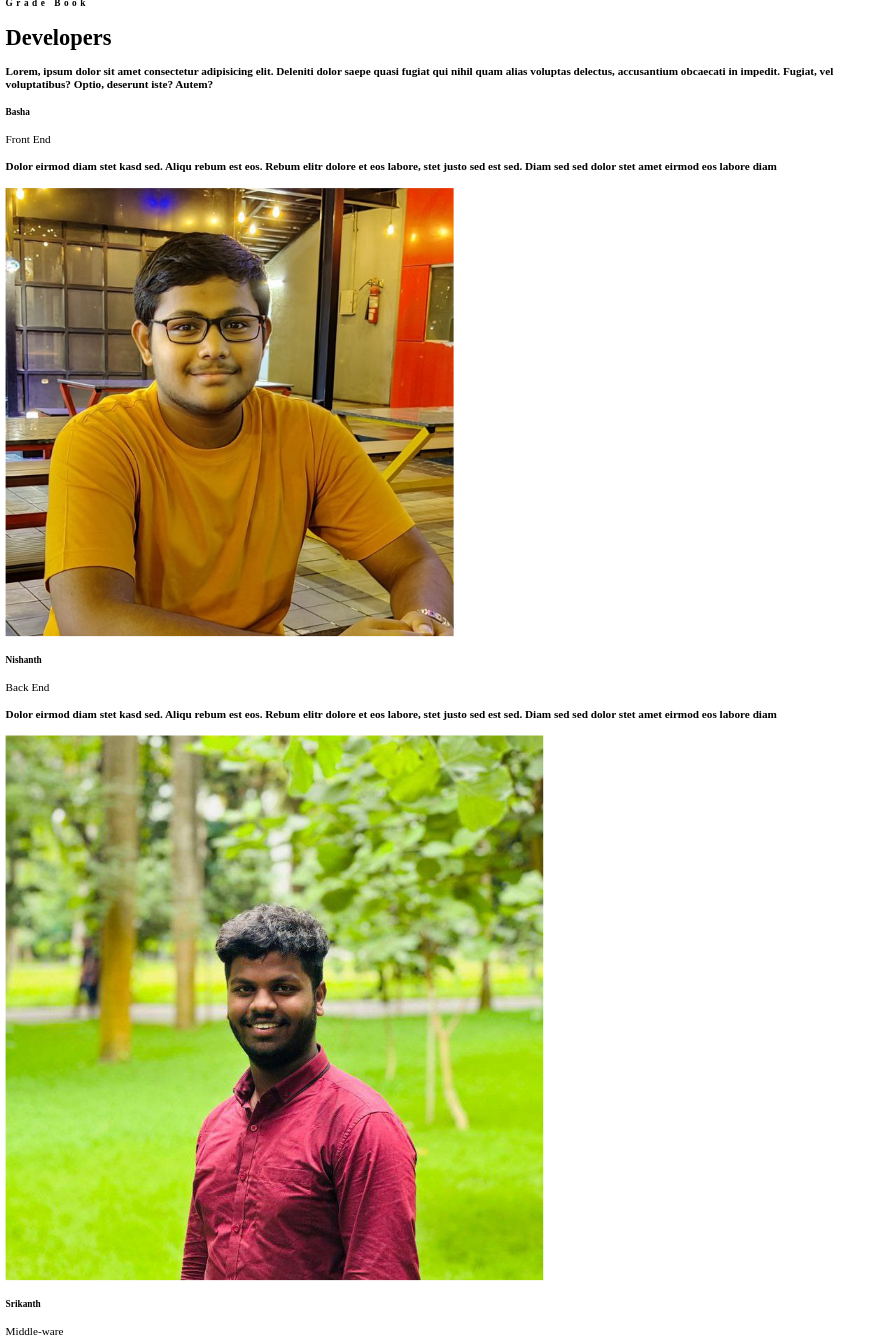
Repository: AlthafBasha-syed/JFSD-PROJECT
Page: http://localhost/GradeBook/studentfiles/about.jsp
These files come from the project's save history. The page is drawn as it stood at one moment and after the next save; the edit follows.
The browser window is 1280 px wide. The pictures show the part of the page from y = 1284 to 3204 px (the page is 3204 px tall before and 1553 px after), at 70% of full size.
The page is served by Tomcat 10. Other server files are loaded and not shown.

Above is the page before, as saved 2023-10-11 16:26:42.

### PROJECTWORKSPACE/GradeBook/src/main/webapp/studentfiles/about.jsp
<%@ page language="java" contentType="text/html; charset=UTF-8"
    pageEncoding="UTF-8"%>
<!DOCTYPE html>
<html>
<head>
<meta charset="UTF-8">
<title>Insert title here</title>
</head>
<body>


<!-- Header Start -->
    <div class="container-fluid page-header" style="margin-bottom: 90px;">
        <div class="container">
            <div class="d-flex flex-column justify-content-center" style="min-height: 300px">
                <h3 class="display-4 text-white text-uppercase">About</h3>
                <div class="d-inline-flex text-white">
                    <p class="m-0 text-uppercase"><a class="text-white" href="">Home</a></p>
                    <i class="fa fa-angle-double-right pt-1 px-3"></i>
                    <p class="m-0 text-uppercase">About</p>
                </div>
            </div>
        </div>
    </div>
    <!-- Header End -->


    <!-- About Start -->
    <div class="container-fluid py-5">
        <div class="container py-5">
            <div class="row align-items-center">
                <div class="col-lg-5">
                    <img class="img-fluid rounded mb-4 mb-lg-0" src="img/about.jpg" alt="">
                    <br>
                </div>
                <div class="col-lg-7">
                    <div class="text-left mb-4">
                        <h5 class="text-primary text-uppercase mb-3" style="letter-spacing: 5px;">About Us</h5>
                        <br>
                        <h1>Innovative Way To Learn</h1>
                    </div>
                    <p>
                        We are a dedicated team of developers, designers, and educators aiming to transform education through the Student Grading System project.
                        Our mission is to enhance the educational experience by providing an intuitive platform for managing grades, assignments, and progress.
                        With efficient grade management, assignment tracking, real-time feedback, and performance analytics, our user-centric design prioritizes security and communication.
                        Backed by diverse expertise, continuous improvement, and dedicated support, we're committed to shaping a brighter future for education.
                    </p>
                    <a href="" class="btn btn-primary py-md-2 px-md-4 font-weight-semi-bold mt-2">Learn More</a>
                </div>
            </div>
        </div>
    </div>
    <!-- About End -->





    <!-- Testimonial Start -->
    <div class="container-fluid py-5">
        <div class="container py-5">
            <div class="text-center mb-5">
                <h5 class="text-primary text-uppercase mb-3" style="letter-spacing: 5px;">Grade Book</h5>
                <h1>Developers</h1>
            </div>
            <div class="row justify-content-center">
                <div class="col-lg-8">
                    <div class="owl-carousel testimonial-carousel">
                        <div class="text-center">
                            <i class="fa fa-3x fa-quote-left text-primary mb-4"></i>
                            <h4 class="font-weight-normal mb-4">Lorem, ipsum dolor sit amet consectetur adipisicing elit. Deleniti dolor saepe quasi fugiat qui nihil quam alias voluptas delectus, accusantium obcaecati in impedit. Fugiat, vel voluptatibus? Optio, deserunt iste? Autem?</h4>
                           <!-- <img class="img-fluid mx-auto mb-3" src="img/basha.jpg" alt="">  -->
                            <h5 class="m-0">Basha</h5>
                            <span>Front End</span>
                        </div>
                        <div class="text-center">
                            <i class="fa fa-3x fa-quote-left text-primary mb-4"></i>
                            <h4 class="font-weight-normal mb-4">Dolor eirmod diam stet kasd sed. Aliqu rebum est eos. Rebum elitr dolore et eos labore, stet justo sed est sed. Diam sed sed dolor stet amet eirmod eos labore diam</h4>
                         <!--  -->   <img class="img-fluid mx-auto mb-3" src="img/nish.jpg" alt="">
                            <h5 class="m-0">Nishanth</h5>
                            <span>Back End</span>
                        </div>
                        <div class="text-center">
                            <i class="fa fa-3x fa-quote-left text-primary mb-4"></i>
                            <h4 class="font-weight-normal mb-4">Dolor eirmod diam stet kasd sed. Aliqu rebum est eos. Rebum elitr dolore et eos labore, stet justo sed est sed. Diam sed sed dolor stet amet eirmod eos labore diam</h4>
                            <img class="img-fluid mx-auto mb-3" src="img/srikanth.jpg" alt="">
                            <h5 class="m-0">Srikanth</h5>
                            <span>Middle-ware</span>
                        </div>
                    </div>
                </div>
            </div>
        </div>
    </div>
    <!-- Testimonial End -->




</body>
</html>

After the next save:
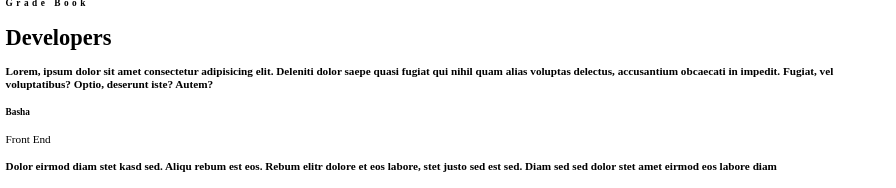
Saved 6 s later.
--- a/PROJECTWORKSPACE/GradeBook/src/main/webapp/studentfiles/about.jsp
+++ b/PROJECTWORKSPACE/GradeBook/src/main/webapp/studentfiles/about.jsp
@@ -76,7 +76,7 @@
                         <div class="text-center">
                             <i class="fa fa-3x fa-quote-left text-primary mb-4"></i>
                             <h4 class="font-weight-normal mb-4">Dolor eirmod diam stet kasd sed. Aliqu rebum est eos. Rebum elitr dolore et eos labore, stet justo sed est sed. Diam sed sed dolor stet amet eirmod eos labore diam</h4>
-                         <!--  -->   <img class="img-fluid mx-auto mb-3" src="img/nish.jpg" alt="">
+                         <!--     <img class="img-fluid mx-auto mb-3" src="img/nish.jpg" alt="">
                             <h5 class="m-0">Nishanth</h5>
                             <span>Back End</span>
                         </div>
